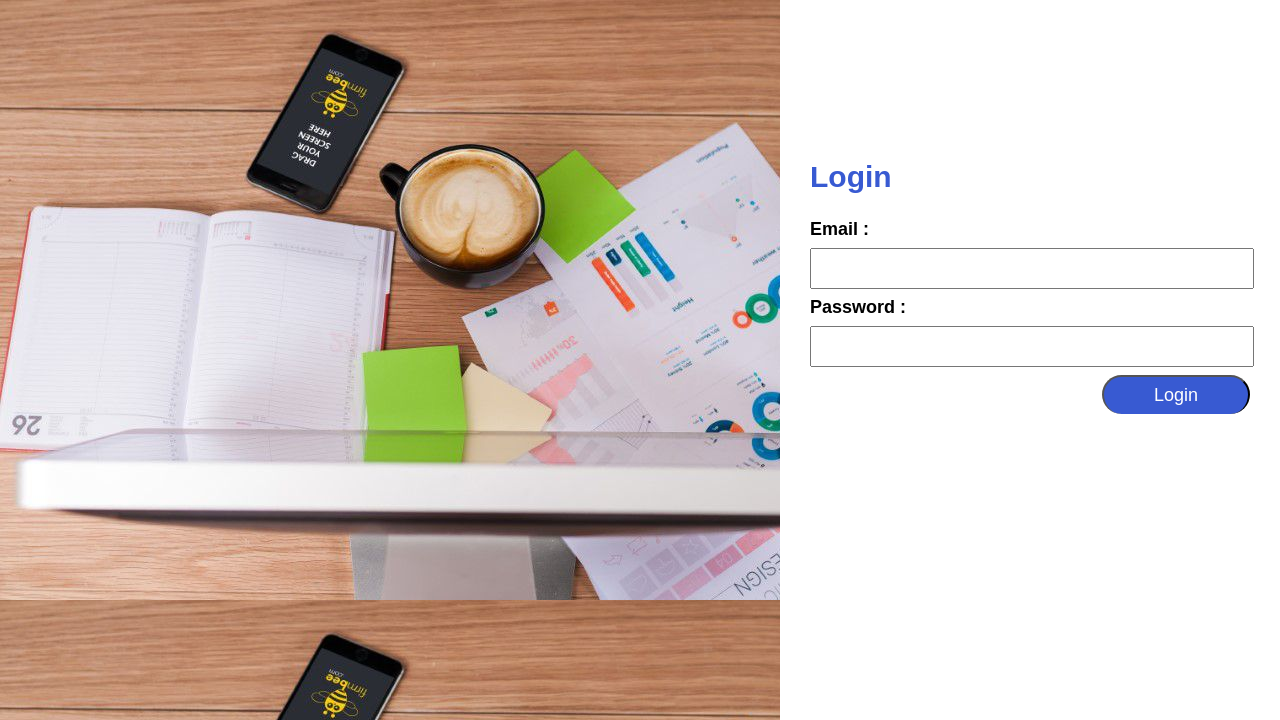
Repository: bayulalu/sekolah-orgaisasi
Page: http://localhost/login-user
The author's editor kept a copy of each file at every save. The page is drawn from the files as they stood at one save, then again after the next save.
The browser window is 1280 px wide. The pictures show the whole page.
The page is served by the project's Laravel application, run on PHP 8.4 with Laravel 8. Other server files are loaded and not shown.

Above is the page before, as saved 2020-07-19 14:21:27.

### routes/web.php
<?php

use Illuminate\Support\Facades\Route;



// Route::get('/', function () {
//     return view('welcome');
// });



Route::get('/login-user', 'AuthController@login')->name('login');
Route::post('/login-user', 'AuthController@postLogin')->name('login');
Route::get('/event', 'ArtikelController@event')->name('event');

Route::group(['middleware' => 'auth'], function(){

    Route::get('/register-user','AuthController@registerUser')->name('register');
    Route::post('/register-user','AuthController@storeUser')->name('register');
    Route::get('/logout', 'AuthController@logout' )->name('logout');

    Route::get('/create-envet', 'ArtikelController@create')->name('create-event');
    Route::post('/create-envet', 'ArtikelController@store')->name('create-event');

    Route::get('/event-delete/{slug}', 'ArtikelController@delete');
    Route::get('/event-update/{slug}', 'ArtikelController@edit');
    Route::post('/event-update/{slug}', 'ArtikelController@update');
});

Route::get('/', 'ArtikelController@index')->name('home');
Route::get('/event/{slug}', 'ArtikelController@showDetail')->name('singgel-event');


// Route::get('/tes', function () {
//     return view('gush.singgle');

// });

// Auth::routes();

// Route::get('/home', 'HomeController@index')->name('home');

### app/Http/Controllers/AuthController.php
<?php

namespace App\Http\Controllers;

use Auth;
use Illuminate\Http\Request;
use App\Models\User;
use Illuminate\Support\Facades\Auth as FacadesAuth;

class AuthController extends Controller
{
    public function login()
    {
        return view('auth2.login');
    }

    public function postLogin(Request $request)
    {
        // die('mask');

        $this->validate($request, [
            'user' => 'required',
            'password' => 'required'
        ]);


        $users = auth()->attempt(['user' => $request->user, 'password' => $request->password]);

        if (!$users) {
            return redirect()->back()->withInput($request->only('user', 'password'));
        }

        return redirect()->route('home');
    }

    public function registerUser()
    {
        if(Auth::user()->level != 1){
            return redirect()->route('home');

        }


        return view('auth2.register');
    }

    public function storeUser(Request $request)
    {

        if(Auth::user()->level != 1){
            return redirect()->route('home');

        }

        $this->validate($request, [
            'name' => 'required',
            'user' => 'required|unique:users',
            'organisasi' => 'required',
            'password' => 'required|string'
        ]);


      User::create([
            'name' => $request->name,
            'user' => $request->user,
            'status' => $request->organisasi,
            'password' =>  bcrypt($request->password),
            'level' => 2,
        ]);

        return redirect()->route('register')->with('msg','User Berhasil Di Tambah');


    }



    public function logout()
    {
        Auth::logout();
        return redirect()->route('home');
    }
}

### resources/views/auth2/login.blade.php


<!DOCTYPE html>
<html lang="en">
<head>
    <meta charset="UTF-8">
    <meta name="viewport" content="width=device-width, initial-scale=1.0">
    <meta http-equiv="X-UA-Compatible" content="ie=edge">
    <title>Login</title>
</head>
    <link rel="stylesheet" href="{{ asset('css/login.css') }}">
<body>
    <div class="d1">

    </div>
    <div class="login">
      <form class="" action="index.html" method="post">
        <h2>Login </h2>
    <label for="">Email :</label>
        <input class="txtb" type="text" name="" value="">
        <label for="">Password :</label>
        <input class="txtb" type="password" name="" value="">
        <div class="check">

      </div>
            <input class="btn" type="button" name="" value="Login">
      </form>
    </div>
</body>
</html>

### public/css/login.css
body,
html {
    margin: 0;
    padding: 0;
    height: 100%;
    font-family: sans-serif;
}
.d1 {
    width: 70%;
    height: 100%;
    overflow: hidden;
    float: left;
    /* background: ("../img/intro-bg.png") center; */
    background-image: url("../img/login.jpg")  ;
    /* background-repeat: no-repeat; */
}
.login {
    position: fixed;
    overflow: hidden;
    width: 100%;
    max-width: 500px;
    right: 0;
    margin: 0;
    background: #fff;
    height: 100%;
    z-index: 1;
}
.login form {
    margin: 160px 30px;
}
.login h2 {
    font-size: 30px;
    color: #385ad2;
}
.login label {
    display: block;
    font-size: 18px;
    font-weight: 700;
    margin: 8px 0;
}
.txtb {
    width: 100%;
    padding: 8px 0;
    font-size: 18px;
}
.check {
    margin: 8px 0;
}
.btn {
    display: block;
    float: right;
    background: #385ad2;
    font-size: 18px;
    padding: 8px 50px;
    color: white;
    border-radius: 20px ;
    border-bottom:none;
}

Loaded but not shown: app/Http/Controllers/Controller.php (common file); public/lib/bootstrap/css/bootstrap.min.css (library)

After the next save:
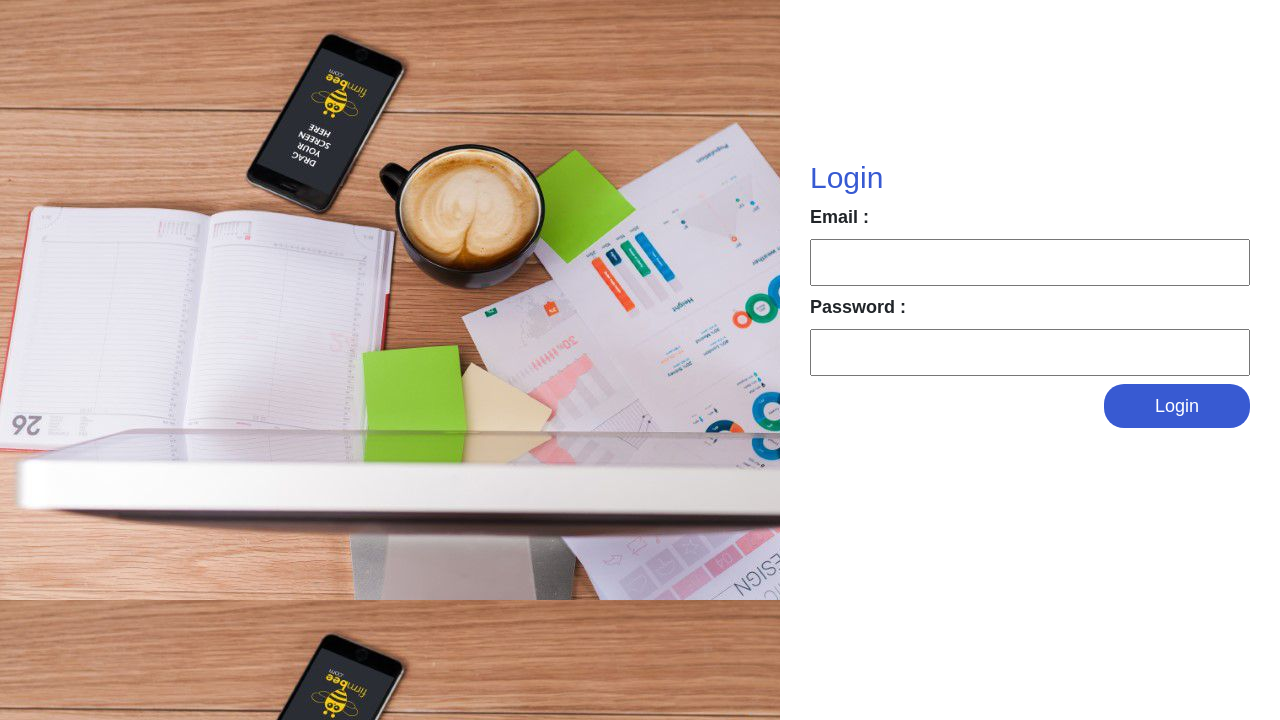
Saved 43 s later.
--- a/resources/views/auth2/login.blade.php
+++ b/resources/views/auth2/login.blade.php
@@ -8,6 +8,8 @@
     <meta http-equiv="X-UA-Compatible" content="ie=edge">
     <title>Login</title>
 </head>
+<link href="{{ asset('lib/bootstrap/css/bootstrap.min.css') }}" rel="stylesheet">
+
     <link rel="stylesheet" href="{{ asset('css/login.css') }}">
 <body>
     <div class="d1">
